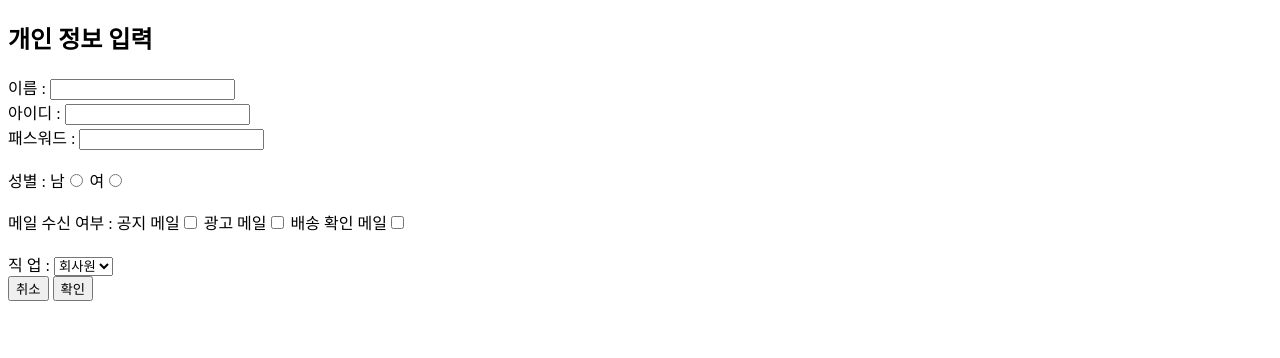
Repository: sunnny10/web-workspace
Page: Lecture-Web/src/main/webapp/HW/PInfoInput.html
An editor plug-in stored every save of this project. The page is shown before and after the next save, followed by the edit.
The browser window is 1280 px wide. The pictures show the whole page.

Above is the page before, as saved 2022-06-02 10:06:39.

### Lecture-Web/src/main/webapp/HW/PInfoInput.html
<!DOCTYPE html>
<html>
<head>
<meta charset="UTF-8">
<title>개인 정보 입력</title>
</head>
<body>
	<div>
		<h2>개인 정보 입력</h2>
		<form action="">
			이름 : <input type="text" name="name"><br>
			아이디 : <input type="text" name="id"><br>
			패스워드 : <input type="password" name="passwd"><br><br>
			성별 :
			남<input type="radio" name="gender" value="male">
			여<input type="radio" name="gender" value="female"><br><br>
			메일 수신 여부 :
			공지 메일<input type="checkbox" name="receiveCk" value="notice">
			광고 메일<input type="checkbox" name="receiveCk" value="advertise">
			배송 확인 메일<input type="checkbox" name="receiveCk" value="delivery"><br><br>
			직 업 :
		    <select name="job">
			    <option value="business">회사원</option>
			    <option value="student">학생</option>
			    <option value="etc">기타</option>
		    </select><br>
  			<button type="reset">취소</button>
  			<button type="submit">확인</button>
		</form>
	</div>
</body>
</html>

After the next save:
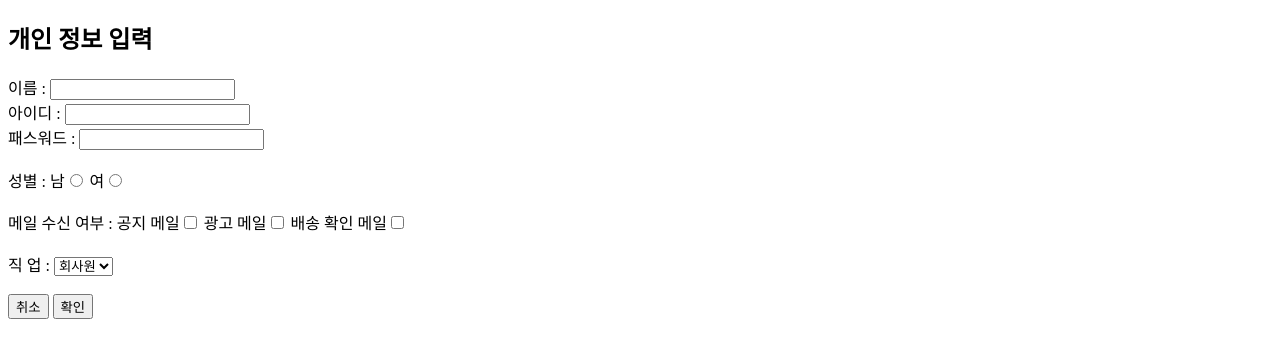
Saved 14 s later.
--- a/Lecture-Web/src/main/webapp/HW/PInfoInput.html
+++ b/Lecture-Web/src/main/webapp/HW/PInfoInput.html
@@ -23,7 +23,7 @@
 			    <option value="business">회사원</option>
 			    <option value="student">학생</option>
 			    <option value="etc">기타</option>
-		    </select><br>
+		    </select><br><br>
   			<button type="reset">취소</button>
   			<button type="submit">확인</button>
 		</form>
